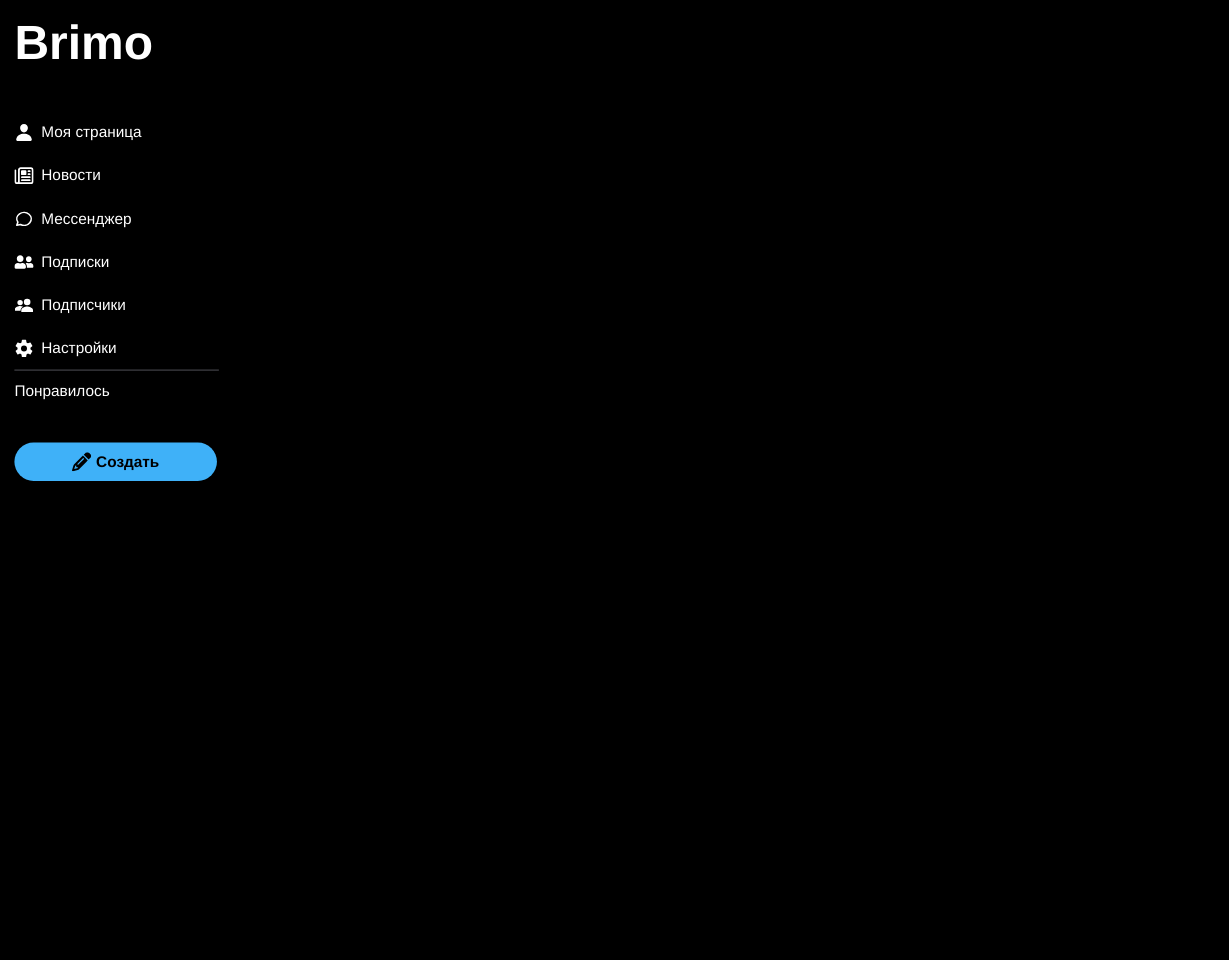
Repository: MaksimKrupkin/socialNetwork
Page: / (app in frontend/socialNetworkFrontend/)
The author's editor kept a copy of each file at every save. The page is drawn from the files as they stood at one save, then again after the next save.
The browser window is 1280 px wide. The pictures show the whole page, at 96% of full size.
The project was rebuilt for these pictures with package versions that can differ from the ones it lists, and the page was loaded fresh each time. Also part of the build but not shown: frontend/socialNetworkFrontend/vite.config.js, frontend/socialNetworkFrontend/src/index.css.

Above is the page before, as saved 2024-11-27 20:23:11.

### frontend/socialNetworkFrontend/index.html
<!DOCTYPE html>
<html lang="en">
  <head>
    <meta charset="UTF-8" />
    <link rel="icon" type="image/svg+xml" href="/vite.svg" />
    <meta name="viewport" content="width=device-width, initial-scale=1.0" />
    <title>Brimo</title>
  </head>
  <body>
    <div id="root"></div>
    <script type="module" src="/src/main.jsx"></script>
  </body>
</html>

### frontend/socialNetworkFrontend/src/App.jsx
import './App.css';
import { Routes, Route } from 'react-router-dom';
import MainPage from './Pages/MainPage/MainPage';

function App() {
  return (
    <div>
      <Routes>
        <Route path="/" element={<MainPage />} />
      </Routes>
    </div>
  );
}

export default App;

### frontend/socialNetworkFrontend/src/Pages/MainPage/MainPage.jsx
import React from 'react';
import styles from './MainPage.module.scss';
import Navigation from '../../Components/Navigation/Navigation';

function MainPage() {
  return (
    <div className={styles.wrapper}>
      <header className={styles.header}>
        <div className={styles.logo}>Brimo</div>
      </header>
      <Navigation />
    </div>
  );
}
export default MainPage;

### frontend/socialNetworkFrontend/src/Pages/MainPage/MainPage.module.scss
.wrapper {
  margin: 0 auto;
  background-color: black;
  width: 100%;
  height: 1000px;
  color: white;
  font-weight: 700;
  font-family: 'Favorit Modern', 'Helvetica Neue', 'HelveticaNeue', Arial, Helvetica, sans-serif;
  .header {
    height: 100px;
    padding: 15px;
    .logo {
      font-size: 50px;
    }
  }
}

### frontend/socialNetworkFrontend/src/Components/Navigation/Navigation.jsx
import React from 'react';
import styles from './Navigation.module.scss';
import { FaRegNewspaper } from 'react-icons/fa6';
import { TbMessageCircle } from 'react-icons/tb';
import { IoPerson } from 'react-icons/io5';
import { FaUserFriends } from 'react-icons/fa';
import { IoPeopleSharp } from 'react-icons/io5';
import { IoSettingsSharp } from 'react-icons/io5';
import { FaPencil } from 'react-icons/fa6';

const Navigation = () => {
  return (
    <div className={styles.wrapper}>
      <div className={styles.item}>
        <IoPerson fontSize={20} />
        <span className={styles.text}>Моя страница</span>
      </div>
      <div className={styles.item}>
        <FaRegNewspaper fontSize={20} />
        <span className={styles.text}>Новости</span>
      </div>
      <div className={styles.item}>
        <TbMessageCircle fontSize={20} />
        <span className={styles.text}>Мессенджер</span>
      </div>
      <div className={styles.item}>
        <FaUserFriends fontSize={20} />
        <span className={styles.text}>Подписки</span>
      </div>
      <div className={styles.item}>
        <IoPeopleSharp fontSize={20} />
        <span className={styles.text}>Подписчики</span>
      </div>
      <div className={styles.item}>
        <IoSettingsSharp fontSize={20} />
        <span className={styles.text}>Настройки</span>
      </div>
      <hr className={styles.line} />
      <div className={styles.item}>
        <span className={styles.text}>Понравилось</span>
      </div>
      <div className={styles.create_new}>
        <FaPencil style={{ color: 'black', fontSize: '20px' }} />
        <span className={styles.button_text}>Создать</span>
      </div>
    </div>
  );
};

export default Navigation;

### frontend/socialNetworkFrontend/src/Components/Navigation/Navigation.module.scss
.wrapper {
  width: 19%;
  margin-top: 0px;
  padding: 15px;
  overflow-y: hidden;
}
.item {
  height: 45px;
  display: flex;
  align-items: center;
  justify-content: flex-start;
  gap: 8px;
}
.text {
  font-size: 16px;
  font-weight: 300;
}
.line {
  width: 100%;
  height: 0.5px;
  background-color: rgb(83, 83, 90);
  border: none;
}

.create_new {
  margin-top: 30px;
  width: 99%;
  height: 40px;
  background-color: rgb(63, 177, 248);
  border-radius: 25px;
  display: flex;
  justify-content: center;
  align-items: center;
  gap: 5px;
  .button_text {
    color: black;
  }
}

Loaded but not shown: frontend/socialNetworkFrontend/src/main.jsx (common file); frontend/socialNetworkFrontend/src/App.css (common file)

After the next save:
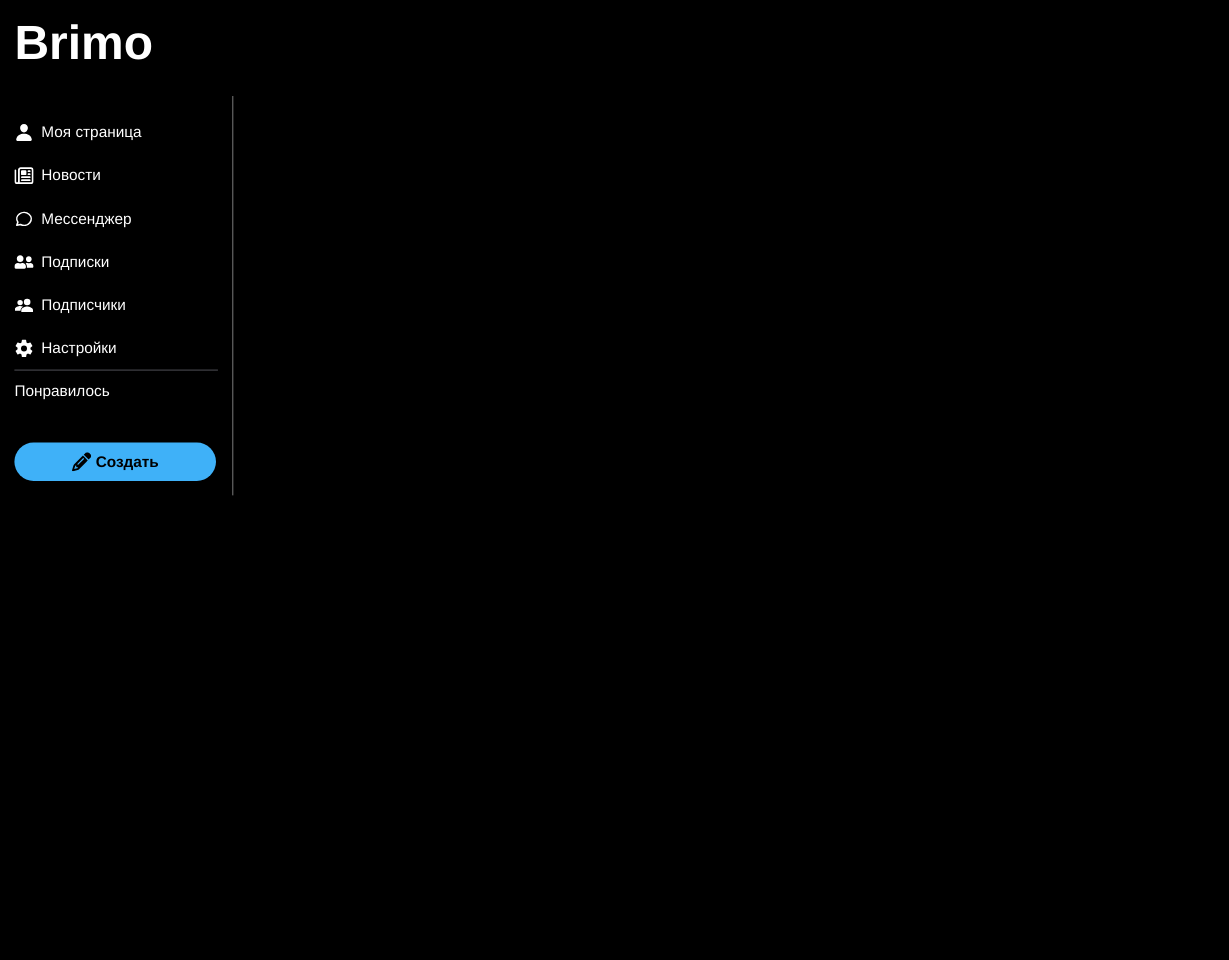
Saved 34 s later.
--- a/frontend/socialNetworkFrontend/src/Components/Navigation/Navigation.module.scss
+++ b/frontend/socialNetworkFrontend/src/Components/Navigation/Navigation.module.scss
@@ -3,6 +3,7 @@
   margin-top: 0px;
   padding: 15px;
   overflow-y: hidden;
+  border-right: 1px solid gray;
 }
 .item {
   height: 45px;
